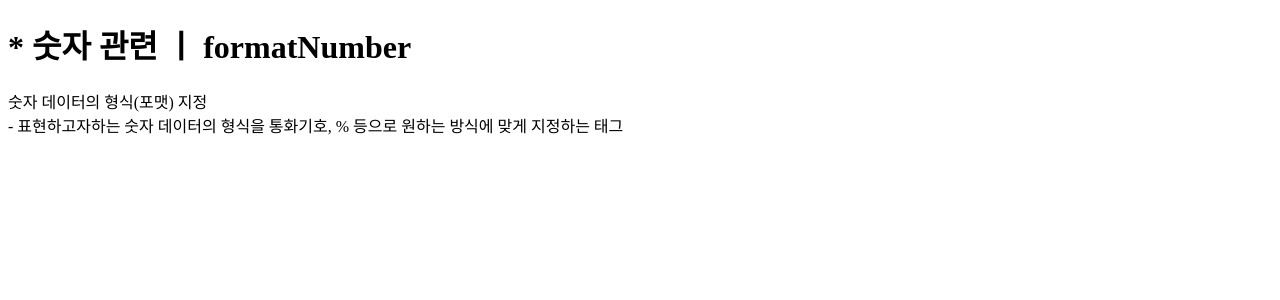
Repository: yoonseo0832/workspace
Page: http://localhost/2_jsp/views/4_CustomAction/3_fmt.jsp
The author's editor kept a copy of each file at every save. The page is drawn from the files as they stood at one save, then again after the next save.
The browser window is 1280 px wide. The pictures show the whole page.
The page is served by Tomcat 9. Other server files are loaded and not shown.

Above is the page before, as saved 2025-03-21 06:37:08.

### 05_server/2_jsp/src/main/webapp/views/4_CustomAction/3_fmt.jsp
<%@ page language="java" contentType="text/html; charset=UTF-8"
    pageEncoding="UTF-8"%>
<%@ taglib prefix="c" uri="http://java.sun.com/jsp/jstl/core" %>
<%@ taglib prefix="fmt" uri="http://java.sun.com/jsp/jstl/fmt" %>
<!DOCTYPE html>
<html>
<head>
<meta charset="UTF-8">
<title>JSTL - Format Library</title>
</head>
<body>
	<h1>* 숫자 관련 ㅣ formatNumber</h1>
	<p>
		숫자 데이터의 형식(포맷) 지정<br>
		- 표현하고자하는 숫자 데이터의 형식을 통화기호, % 등으로 원하는 방식에 맞게 지정하는 태그
	</p>
</body>
</html>

After the next save:
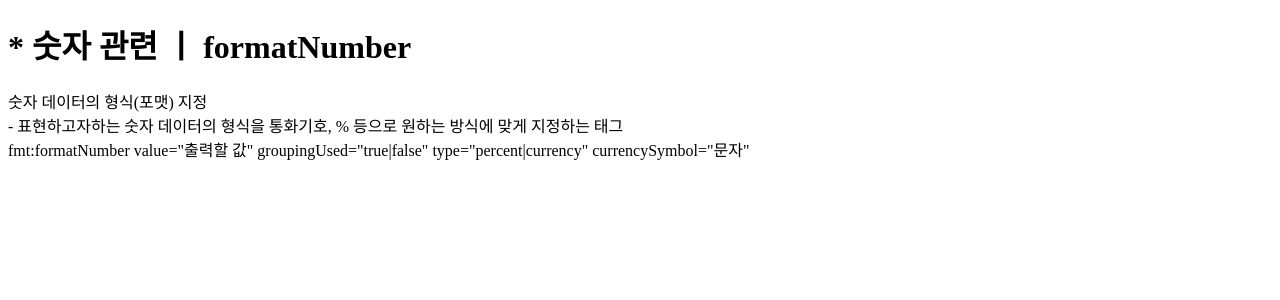
Saved 2 min 11 s later.
--- a/05_server/2_jsp/src/main/webapp/views/4_CustomAction/3_fmt.jsp
+++ b/05_server/2_jsp/src/main/webapp/views/4_CustomAction/3_fmt.jsp
@@ -13,6 +13,10 @@
 	<p>
 		숫자 데이터의 형식(포맷) 지정<br>
 		- 표현하고자하는 숫자 데이터의 형식을 통화기호, % 등으로 원하는 방식에 맞게 지정하는 태그
+		<br>
+		fmt:formatNumber value="출력할 값"
+					groupingUsed="true|false"
+					type="percent|currency" currencySymbol="문자"
 	</p>
 </body>
 </html>
